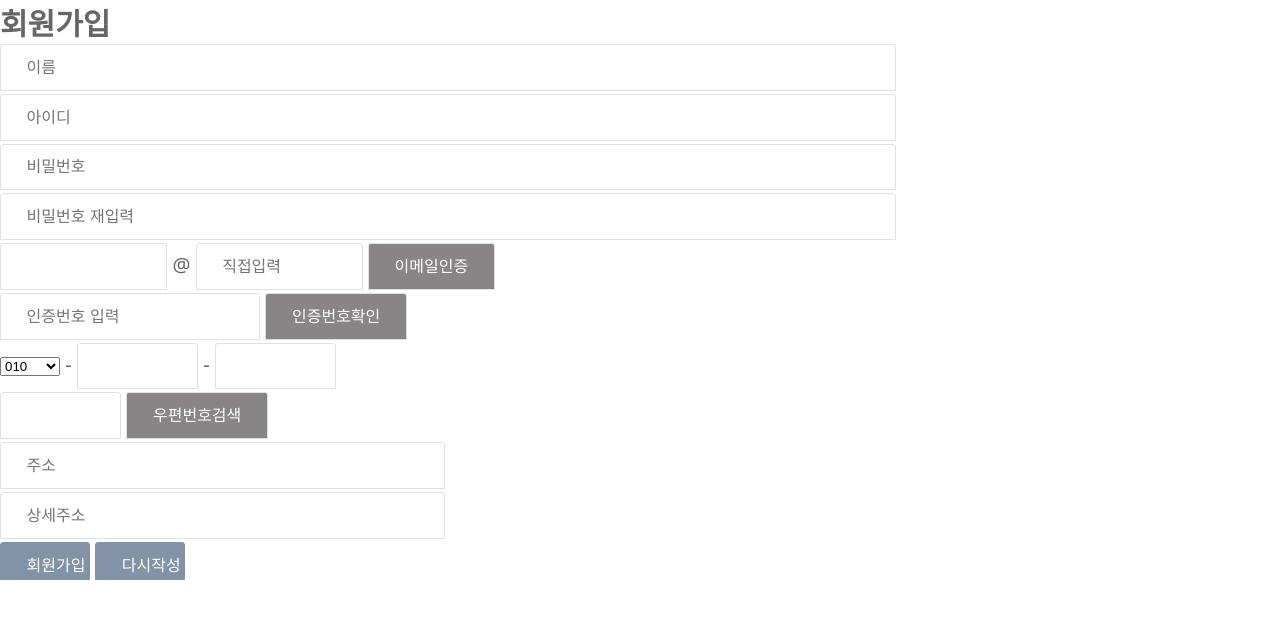
Repository: keepsus/gaebokchi
Page: http://localhost/uzuslime/member/memberWriteForm.jsp
An editor plug-in stored every save of this project. The page is shown before and after the next save, followed by the edit.
The browser window is 1280 px wide. The pictures show the whole page.
Some web fonts or font styles are not loaded; a fallback is used. The page is served by Tomcat 9. Nobody is signed in. The application's start-up code is not run. Other server files are loaded and not shown.

Above is the page before, as saved 2021-02-09 05:44:36.

### uzuslime/src/main/webapp/member/memberWriteForm.jsp
<%@ page language="java" contentType="text/html; charset=UTF-8"
    pageEncoding="UTF-8"%>

    <link rel="stylesheet" href="/slime/css/memberWriteForm.css">
    <link rel="preconnect" href="https://fonts.gstatic.com">
    <link href="https://fonts.googleapis.com/css2?family=Raleway:ital,wght@0,200;0,300;0,400;0,500;1,300;1,400&display=swap" rel="stylesheet">


<form name="memberWriteForm" method="post" action="/slime/member/write">
	<div>
	    <h2 class="modal-header">회원가입</h2>
	</div>


	<article name="memberSignUpForm" class="signUpForm" >
	    <div class="input-text">
	        <input type="text" name="member_name" size="25" placeholder="이름">
	        <div id="nameDiv"></div>
	    </div>


	    <div class="input-text">
	        <input type="text" class="member_id" id="member_id" name="member_id" size="25" placeholder="아이디">
	        <input type="hidden" id="check" value="">
	      <div id="idDiv"></div>

	    </div>


	    <div class="input-text">
	        <input type="password" class="sign-pwd" name="member_pw" size="25" placeholder="비밀번호">
	        <div id="pwdDiv"></div>
	    </div>


	    <div class="input-text">
	        <input type="password" class="sign-repwd" name="repw" size="25" placeholder="비밀번호 재입력">
	        <div id="repwdDiv"></div>
	    </div>


	    <div class="signUp-email-form">
	        <input type="text" class="sign-email1" id="email1" name="email1" size="10">
	        @
	        <input type="email" class="sign-email2" id="email2" name="email2" list="email2" placeholder="직접입력" size="10">
	        <datalist id="email2">
	            <option value="gmail.com">
	            <option value="naver.com">
	            <option value="hanmail.net">
	        </datalist>
	        <input type="button" id="emailBtn" name="emailBtn" class="emailBtn" value="이메일인증"><br>
	         <input type="text" class="checkEmail" id="checkEmail" name="checkEmail" placeholder="인증번호 입력">
	         <input type="hidden" id="checkEmailR" value="">
	        <input type="button" id="emailCheckBtn" class="emailCheckBtn" value="인증번호확인" ><br>
	    </div>
		<div id="emailDiv"></div>

	    <div class="signUp-phone-form">
	        <select name="tel1" class="sign-tel1" style="width: 60px;">
	            <option value="010">010
	            <option value="011">011
	            <option value="019">019
	        </select>
	         -
	         <input type="text" class="sign-tel2" name="tel2" size="5">
	         -
	         <input type="text" class="sign-tel3" name="tel3" size="5">
	    </div>


	    <div class="signUp-address-form">
	        <input type="text" class="sign-post" id="postcode" name="zipcode" size="5" readonly>
	        <input type="button" id="checkPostBtn" class="checkPostBtn" value="우편번호검색"><br>
	        <input type="text" class="sign-address" id="address" name="addr1" size="40"  readonly placeholder="주소"><br>
	        <input type="text" class="sign-detail" id="detailAddress" name="addr2" size="40" placeholder="상세주소">
	    </div>


	    <div class="signUp-btn-box">
	        <input type="button" id="writeBtn" class="writeBtn" value="회원가입">
	        <input type="reset" value="다시작성">
	    </div>
	</article>

	<input type="hidden" name="email_key" value="0">	<!— 일단 0으로 처리 —>
	<input type="hidden" name="admin_yn" value="0">		<!— 관리자는 1, 그 외는 0 —>

</form>
<script type="text/javascript" src="https://code.jquery.com/jquery-3.5.1.min.js"></script>	<!— 위아래 순서가 바뀌면 안된다 —>
<script type="text/javascript" src="/slime/js/member.js?ver=1"></script>	<!— 위아래 순서가 바뀌면 안된다 —>

### uzuslime/src/main/webapp/css/memberWriteForm.css
@charset "UTF-8";
* {
    margin: 0px;
    padding: 0px;
    box-sizing: border-box;
}

html {
    background-color: #fff;
    color: rgba(85, 85, 85, 0.897);
    font-family: 'Raleway','Noto Sans Korean','Apple SD Gothic Neo', 'Malgun Gothic','Nanum Gothic', 'Noto Sans','sans-serif';
    font-weight: 300px;
    font-size: 20px;
    text-rendering: optimizeLegibility;
    /* 반응형 웹사이트를 만드려고 기준으로 두었다. 폰트사이즈를 20px을 기본으로 주면 다른 태그에서 %를 사용해서 변경해주면
    폰트 사이즈를 바꿔줄때마다 웹사이트의 폰트 사이즈가 자동으로 바뀔 것이다. */
}

.modal-header{
	margin-botton: 8%;

}

.memberSignUpForm{
	text-align: center;
}

.input-text input{
    width: 70%;
    padding: 1% 2%;
    line-height: 1.2;
    border-radius: 3px 3px 0 0;
    border: 1px solid #e0e0e0;
    font-size: 80%;
    margin-bottom: 3px;
}

.emailBtn,.emailCheckBtn,.checkPostBtn{
    background-color: #fff;
    color: rgba(85, 85, 85, 0.897);
    border: 1px solid #e0e0e0;
    text-decoration: none;
    cursor: pointer;
    border-radius: 3px 3px 0 0;
}

.emailBtn,.emailCheckBtn,.checkPostBtn,.writeBtn:hover{
    transition: 0.4s;
    background-color: rgba(78, 76, 76, 0.678);
    color: white;
}

.signUp-email-form input {
	padding: 1% 2%;
    line-height: 1.2;
    border-radius: 3px 3px 0 0;
    border: 1px solid #e0e0e0;
    font-size: 80%;
    margin-bottom: 3px;
}

.signUp-phone-form input {
	padding: 1% 2%;
    line-height: 1.2;
    border-radius: 3px 3px 0 0;
    border: 1px solid #e0e0e0;
    font-size: 80%;
    margin-bottom: 3px;
}

.signUp-address-form input {
	padding: 1% 2%;
    line-height: 1.2;
    border-radius: 3px 3px 0 0;
    border: 1px solid #e0e0e0;
    font-size: 80%;
    margin-bottom: 3px;
}

.signUp-btn-box input{
	padding: 1% 2%;
    line-height: 1.2;
    border-radius: 3px 3px 0 0;
    border: 1px solid #8393a7;
    background-color: #8393a7;
    font-size: 80%;
    color :white;
    margin-bottom: 3px;
    width: 90px;
    height:38px;
    cursor:pointer;
}

### uzuslime/src/main/webapp/js/member.js
//로그인
$('#loginBtn').click(function(){
	$('#loginIdDiv').empty();
	$('#loginPwdDiv').empty();

	if($('#loginId').val()==''){
		$('#loginIdDiv').text('아이디를 입력')
						.css('color','red')
						.css('font-size','8pt')
						.css('font-weight','bold');

	}else if($('#loginPwd').val()==''){
		$('#loginPwdDiv').text('비밀번호를 입력')
						 .css('color','red')
						 .css('font-size','8pt')
						 .css('font-weight','bold');
	}else{
		$.ajax({
			type : 'post',
			url: '/slime/member/login',
			data: {'member_id': $('#loginId').val(), 'pwpwpw': $('#loginPwd').val()},

			dataType: 'text',
			success: function(data){
				if(data == 'success'){
					location.href = '/slime/index.jsp';

				}else if(data == 'fail'){

					alert('잘못된 정보입니다. 다시 입력해주세요.');
				}
			},//success
			error: function(err){
				console.log(err);
			}//error

		});//ajax
	}//else
});//click

//회원가입
$('#writeBtn').click(function(){
	$('#nameDiv').empty();
	$('#idDiv').empty();
	$('#pwdDiv').empty();
	$('#repwdDiv').empty();
	$('#emailDiv').empty();
	var idReg = /^[A-za-z0-9]/g;
	//아이디 한글못넣게 하는 것
	//[영문 대문자 또는 소문자로 시작하는 아이디, 끝날때 제한 없음]

	//if($('#name').val()==''){ -> 방법 1
	//if($('input[id=member_name]').val()==''){ -> 방법 2
	//id 속성이용은 2가지 방법 모두 가능
	if($('input[id=member_name]').val()==''){
		$('#nameDiv').text('이름을 입력하세요');
		$('#nameDiv').css('color','red');
		$('#nameDiv').css('font-size','8pt');
		$('#nameDiv').css('font-weight','bold');

	}else if($('#member_id').val()==''){	//id 속성이용
		$('#idDiv').text('아이디를 입력하세요');
		$('#idDiv').css('color','red');
		$('#idDiv').css('font-size','8pt');
		$('#idDiv').css('font-weight','bold');

	}else if( !idReg.test( $("input[id=member_id]").val() ) ){
		$('#idDiv').text('아이디는 영문자로 시작하는 6~20자 영문자 또는 숫자이어야 합니다.');
		$('#idDiv').css('color','red');
		$('#idDiv').css('font-size','8pt');
		$('#idDiv').css('font-weight','bold');

	}else if($('input[name=member_pw]').val()==''){
		$('#pwdDiv').text('비밀번호를 입력하세요')
		$('#pwdDiv').css('color','red')
		$('#pwdDiv').css('font-size','8pt')
		$('#pwdDiv').css('font-weight','bold');

	}else if($('input[name=repw]').val() != $('input[name=member_pw]').val()){
		$('#repwdDiv').text('비밀번호가 맞지 않습니다')
		$('#repwdDiv').css('color','red')
		$('#repwdDiv').css('font-size','8pt')
		$('#repwdDiv').css('font-weight','bold');

	}else if($('#member_id').val() != $('#check').val()){
		$('#idDiv').text('중복체크 하세요')
		$('#idDiv').css('color','red')
		$('#idDiv').css('font-size','8pt')
		$('#idDiv').css('font-weight','bold');

	}else if($('input[name=email1]').val()==''||$('input[name=email2]').val()==''){
		$('#emailDiv').text('이메일을 입력하세요')
		$('#emailDiv').css('color','red')
		$('#emailDiv').css('font-size','8pt')
		$('#emailDiv').css('font-weight','bold');

	}else{
		$('form[name=memberWriteForm]').submit();
	}
});

//중복 아이디 체크
$('#member_id').focusout(function(){
	if($('#member_id').val()==''){
		$('#idDiv').text('먼저 아이디를 입력하세요')
		$('#idDiv').css('color','magenta')
		$('#idDiv').css('font-size','8pt')
		$('#idDiv').css('font-weight','bold');

	}else{
		$.ajax({
			type: 'post',
			url: '/slime/member/checkId',
			data: 'member_id='+$('#member_id').val(),
			dataType: 'text',
			success: function(data){
				if(data == 'exist'){
					$('#idDiv').text('사용 불가능')
					$('#idDiv').css('color','magenta')
					$('#idDiv').css('font-size','8pt')
					$('#idDiv').css('font-weight','bold');

				}else if(data == 'non_exist'){
					$('#check').val($('#member_id').val());

					$('#idDiv').text('사용 가능')
					$('#idDiv').css('color','blue')
					$('#idDiv').css('font-size','8pt')
					$('#idDiv').css('font-weight','bold');
				}
			}
		});
	}
});

//우편번호
$('#checkPostBtn').click(function(){
	window.open("/slime/member/memberCheckPost", "zipcode", "width=700 height=500 scrollbars=yes");
});

$('#checkPostSearchBtn').click(function(){
	$.ajax({
		type: 'post',
		url: '/slime/member/checkPostSearch',
		data: $('#memberCheckPostForm').serialize(),	//serialize : '변수=값&변수=값'
		dataType: 'json',
		success: function(data){
			//alert(JSON.stringify(data));

			$('#checkPostTable tr:gt(2)').remove();

			$.each(data.list, function(index, items){
				var address = items.sido+' '
							+ items.sigungu+' '
							+ items.yubmyundong+' '
							+ items.ri+' '
							+ items.roadname+' '
							+ items.buildingname;

				address = address.replace(/null/g, '');

				$('<tr/>').append($('<td/>',{
					align: 'center',
					text: items.zipcode

				})).append($('<td/>',{
					colspan: '3',
					}).append($('<a/>',{
						href: '#',
						id: 'addressA',
						text: address
					}))
				).appendTo($('#checkPostTable'));
			});//each

			$('a').click(function(){
				//alert($(this).prop('tagName'));
				//alert($(this).parent().prev().text());

				$('#postcode', opener.document).val($(this).parent().prev().text());
				$('#address', opener.document).val($(this).text());
				$('#detailAddress', opener.document).focus();
				window.close();
			});
		},
		error: function(err){
			console.log(err);
		}
	});
});

//회원정보수정
$('#modifyBtn').click(function(){
	$('#nameDiv').empty();
	$('#pwdDiv').empty();
	$('#repwdDiv').empty();

	if($('#member_name').val()==''){
		$('#nameDiv').text('이름을 입력하세요');
		$('#nameDiv').css('color','red');
		$('#nameDiv').css('font-size','8pt');
		$('#nameDiv').css('font-weight','bold');

	}else if($('input[name=member_pw]').val()==''){
		$('#pwdDiv').text('비밀번호를 입력하세요')
		$('#pwdDiv').css('color','red')
		$('#pwdDiv').css('font-size','8pt')
		$('#pwdDiv').css('font-weight','bold');

	}else if($('input[name=repw]').val() != $('input[name=member_pw]').val()){
		$('#repwdDiv').text('비밀번호가 맞지 않습니다')
		$('#repwdDiv').css('color','red')
		$('#repwdDiv').css('font-size','8pt')
		$('#repwdDiv').css('font-weight','bold');

	}else{
		$.ajax({
			type: 'post',
			url: '/slime/member/modify',
			data: $('#memberModifyForm').serialize(),	//serialize : '변수=값&변수=값'
			success: function(){
				alert('회원정보수정 완료');
				location.href='/slime/mypage/myPageOrder.jsp';
			},
			error: function(err){
				console.log(err);
			}
		});
	}
});

//아이디 찾기
$('#searchBtn').click(function(){
	$.ajax({
		type: 'post',
		url: '/slime/member/memberIdSearch',
		data: $('#memberSearch').serialize(),
		dataType: 'text',
		success: function(data){
			alert("회원님의 ID는 "+data+" 입니다");
			location.href='/slime/index.jsp';
		},
		error: function(err){
			alert("틀린 정보입니다. 다시 확인해주세요.")
			console.log(err);
		}
	});
});


//이메일 인증 보내기
$('#emailBtn').click(function(){
	$('#emailDiv').empty();
	if($('input[name=email1]').val()==''||$('input[name=email2]').val()==''){
		$('#emailDiv').text('이메일을 입력하세요');
		$('#emailDiv').css('color','red');
		$('#emailDiv').css('font-size','8pt');
		$('#emailDiv').css('font-weight','bold');

	}else{
		$.ajax({
			type: 'post',
			url: '/slime/member/sendEmail',
			data: 'e_mail='+$('#email1').val()+'@'+$('#email2').val(),
			dataType: 'json',
			success: function(data){
				$('#emailDiv').text('이메일이 발송되었습니다. 인증번호를 입력헤주세요');
				$('#emailDiv').css('color','red');
				$('#emailDiv').css('font-size','8pt');
				$('#emailDiv').css('font-weight','bold');
				console.log('이메일 data ='+ JSON.stringify(data));//data가 들어오는것인가?이상한게 찍힌다.
				$('#checkEmailR').val(data.dice);//받은 인증번호를 jsp에 있는 hidden 속성에 넣어주기
			},
			error: function(err){
				console.log(err);
			}
		});
	}

});


//이메일 인증번호 확인
$('#emailCheckBtn').click(function(){
	$('#emailDiv').empty();

	if($('input[id=checkEmail]').val()==''){
		$('#emailDiv').text('이메일 인증번호를 입력해주세요 ')
		$('#emailDiv').css('color','magenta')
		$('#emailDiv').css('font-size','8pt')
		$('#emailDiv').css('font-weight','bold');

	}else{
		if
		(document.getElementById('checkEmail').value == document.getElementById('checkEmailR').value){
			$('#emailDiv').text('인증되었습니다.')
			$('#emailDiv').css('color','magenta')
			$('#emailDiv').css('font-size','8pt')
			$('#emailDiv').css('font-weight','bold');
		}else if
		(document.getElementById('checkEmail').value != document.getElementById('checkEmailR').value){
			$('#emailDiv').text('인증번호가 맞지 않습니다.')
			$('#emailDiv').css('color','magenta')
			$('#emailDiv').css('font-size','8pt')
			$('#emailDiv').css('font-weight','bold');
		}
	}

});

After the next save:
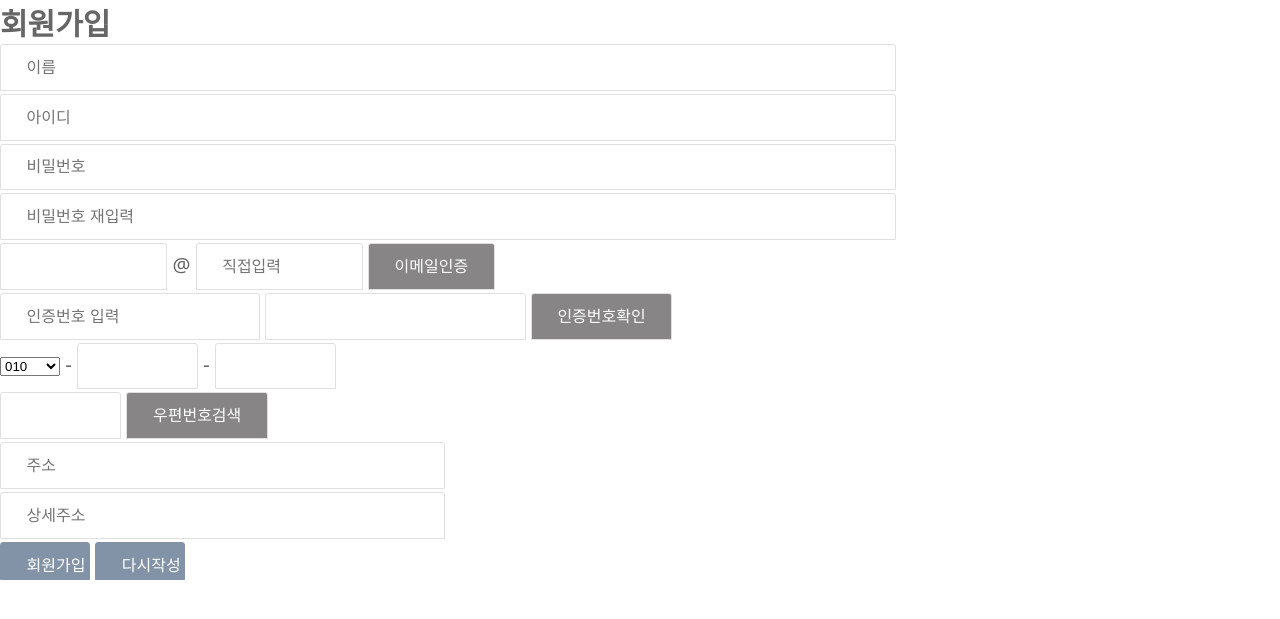
Saved 3 min 59 s later.
--- a/uzuslime/src/main/webapp/member/memberWriteForm.jsp
+++ b/uzuslime/src/main/webapp/member/memberWriteForm.jsp
@@ -50,7 +50,7 @@
 	        </datalist>
 	        <input type="button" id="emailBtn" name="emailBtn" class="emailBtn" value="이메일인증"><br>
 	         <input type="text" class="checkEmail" id="checkEmail" name="checkEmail" placeholder="인증번호 입력">
-	         <input type="hidden" id="checkEmailR" value="">
+	         <input type="text" id="checkEmailR" value="">
 	        <input type="button" id="emailCheckBtn" class="emailCheckBtn" value="인증번호확인" ><br>
 	    </div>
 		<div id="emailDiv"></div>

After the save that followed:
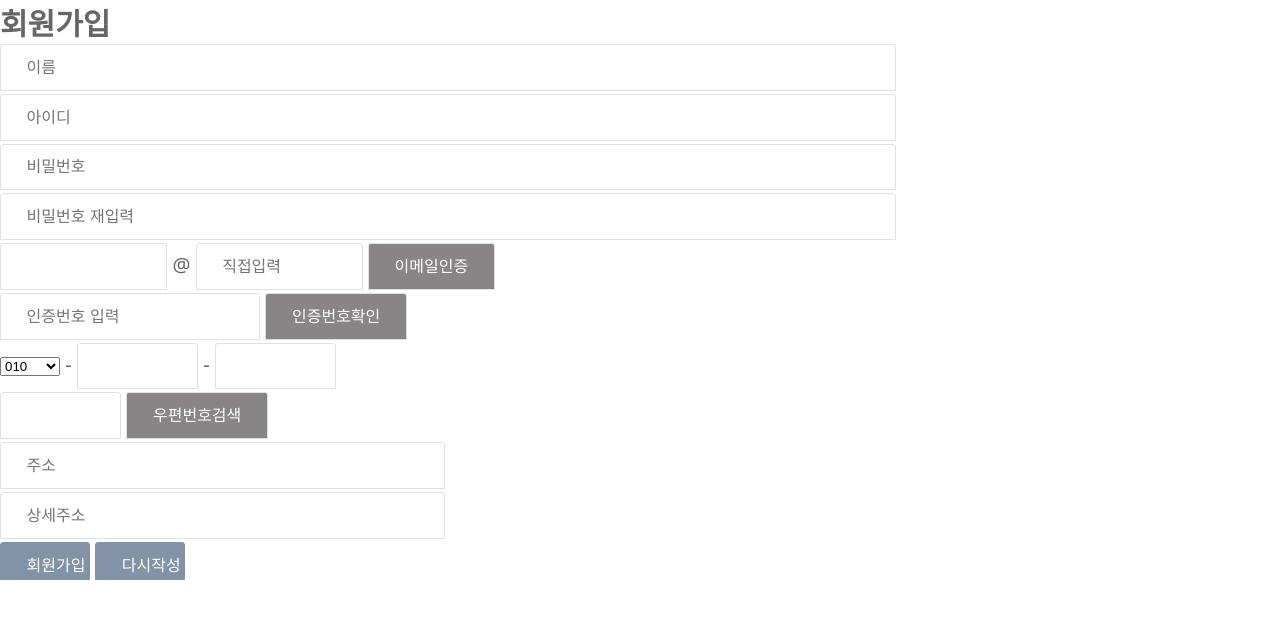
Saved 32 s later.
--- a/uzuslime/src/main/webapp/member/memberWriteForm.jsp
+++ b/uzuslime/src/main/webapp/member/memberWriteForm.jsp
@@ -50,7 +50,7 @@
 	        </datalist>
 	        <input type="button" id="emailBtn" name="emailBtn" class="emailBtn" value="이메일인증"><br>
 	         <input type="text" class="checkEmail" id="checkEmail" name="checkEmail" placeholder="인증번호 입력">
-	         <input type="text" id="checkEmailR" value="">
+	         <input type="hidden" id="checkEmailR" value="">
 	        <input type="button" id="emailCheckBtn" class="emailCheckBtn" value="인증번호확인" ><br>
 	    </div>
 		<div id="emailDiv"></div>
